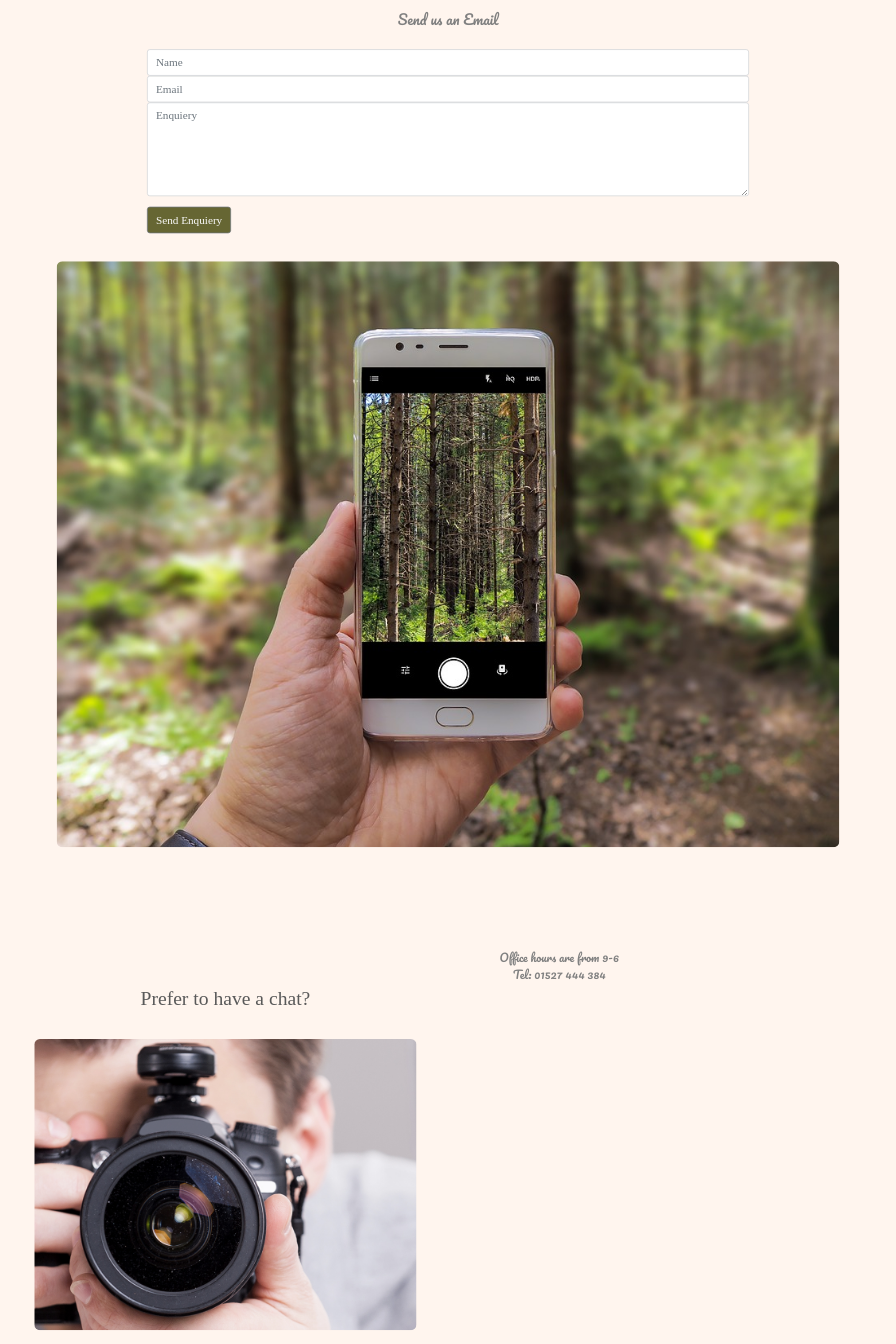
Repository: elizabeth24602/LoaderMedia
Page: contact.html
The author's editor kept a record of every edit. The page is drawn from the files as they stood at one moment, then again after the next edit.
The browser window is 1280 px wide. The pictures show the part of the page from y = 896 to 2816 px (the page is 2816 px tall before and 2582 px after), at 70% of full size.
Some web fonts or font styles are not loaded; a fallback is used.

Above is the page before.
Console error: ReferenceError: emailjs is not defined
Not found: Assests/images/

### contact.html
<!DOCTYPE html>
<html lang="en">
<head>
    <meta charset="UTF-8">
    <meta name="viewport" content="width=device-width, initial-scale=1.0">
    <meta http-equiv="X-UA-Compatible" content="ie=edge">

    <link rel="stylesheet" href="static/css/bootstrap.min.css" type="text/css" />
    <link rel="stylesheet" href="static/css/dc.min.css" type="text/css" />



    <link rel="stylesheet" href="https://stackpath.bootstrapcdn.com/bootstrap/4.3.1/css/bootstrap.min.css" type="text/css" />
    <link rel="stylesheet" href="https://stackpath.bootstrapcdn.com/font-awesome/4.7.0/css/font-awesome.min.css" type="text/css" />
    <link href="https://fonts.googleapis.com/css?family=Lacquer&display=swap" rel="stylesheet">
    <link href="https://fonts.googleapis.com/css?family=Beth+Ellen&display=swap" rel="stylesheet">
    <link rel="stylesheet" href="https://cdnjs.cloudflare.com/ajax/libs/hover.css/2.3.1/css/hover-min.css" type="text/css" />
    <link rel="stylesheet" href="Assests/images/" type="text/css" />
    <link rel="stylesheet" href="Assests/css/style.css" type="text/css" />

    <title>Loader Media</title>

     <script type="text/javascript" src="static/js/d3.min.js"></script>
    <script type="text/javascript" src="static/js/crossfilter.min.js"></script>
    <script type="text/javascript" src="static/js/dc.min.js"></script>
    <script type="text/javascript" src="static/js/queue.min.js"></script>
    <script type="text/javascript" src="static/js/graph.js"></script>

    <script type="text/javascript"
        src="https://cdn.jsdelivr.net/npm/emailjs-com@2.4.0/dist/email.min.js">
    </script>
    <script type="text/javascript">
        (function(){
      emailjs.init("user_t0zUP8ySyXRy1bOf7ZHEA");
        })();
    </script>

</head>
<body>
     <header class="container-fluid">
        <div id="social-links" class="row">
        <div class="col-sm-4">
                <ul class="list-inline social-links">
                    <li class="list-inline-item">
                        <a target="_blank" href="#">
                            <i class="fa fa-facebook" aria-hidden="true"></i>
                            <span class="sr-only">Facebook</span>
                        </a>
                    </li>
                    <li class="list-inline-item">
                        <a target="_blank" href="#">
                            <i class="fa fa-twitter" aria-hidden="true"></i>
                            <span class="sr-only">Twitter</span>
                        </a>
                    </li>
                    <li class="list-inline-item">
                        <a target="_blank" href="#">
                            <i class="fa fa-snapchat" aria-hidden="true"></i>
                            <span class="sr-only">Snapchat</span>
                        </a>
                    </li>
                    <li class="list-inline-item">
                        <a target="_blank" href="#">
                            <i class="fa fa-pinterest" aria-hidden="true"></i>
                            <span class="sr-only">Pinterest</span>
                        </a>
                    </li>
                    <li class="list-inline-item">
                        <a target="_blank" href="#">
                            <i class="fa fa-instagram" aria-hidden="true"></i>
                            <span class="sr-only">Instagram</span>
                        </a>
                    </li>
                    <li class="list-inline-item">
                        <a target="_blank" href="#">
                            <i class="fa fa-youtube" aria-hidden="true"></i>
                            <span class="sr-only">YouTube</span>
                        </a>
                    </li>
                </ul>
            </div>
        </div>
         <div class="row no-gutters">
            <div class="col">
                <ul id="nav" class="list-inline menucontainer">
                    <li class="col-4 col-sm-2 ui-menu-color-home list-inline-item menuitem">
                        <a href="index.html" class="hvr-underline-from-center"><span>Home</span></a>
                    </li>
                    <li class="col-4 col-sm-2 ui-menu-color-bio list-inline-item menuitem">
                        <a href="bio.html" class="hvr-underline-from-center"><span>Bio</span></a>
                    </li>
                     <li class="col-4 col-sm-2 ui-menu-color-photos list-inline-item menuitem">
                        <a href="photos.html" class="hvr-underline-from-center"><span>Photos</span></a>
                    </li>
                    <li class="col-4 col-sm-2 ui-menu-color-pricing list-inline-item menuitem">
                        <a href="photos.html" class="hvr-underline-from-center"><span>Pricing</span></a>
                    </li>
                    <li class="col-4 col-sm-2 ui-menu-color-gallery list-inline-item menuitem">
                        <a href="music.html" class="hvr-underline-from-center"><span>Gallery</span></a>
                    </li>
                    <li class="col-4 col-sm-2 ui-menu-color-contact list-inline-item menuitem">
                        <a href="contact.html" class="hvr-underline-from-center"><span>Contact</span></a>
                    </li>
                </ul>
            </div>
        </div>

        <div class="row no-gutters">
            <div class="col headings">
                <h3 class="name3">Contact Us</h3>
            </div>
        </div>
    </header>

    <section class="container-fluid">

        <div class="row">
            <div class="col-sm-12">
        <img class="laptop" src="Assests/images/laptop.jpg" alt="laptop">
            </div>
        </div>
        <div class="row bg-color-contact">
            <div class="col-sm-12">
                <h3 class="contact-heading uppercase">Have an enquiery?</h3>
                <h5 class="uppercase text-center">Send us an Email</h5>
            </div>
            <div class="col-sm-12 center-form">
                <form onsubmit="return sendMail(this);">
                <input type="text" name="name" class="form-control" id="fullname" placeholder="Name" required/>
                <input type="text" name="emailaddress" class="form-control" id="emailaddress" placeholder="Email" required/>
                <textarea rows="5" name="projectsummary" class="form-control" id="projectsummary" placeholder="Enquiery" required></textarea>
                <button type="submit" class="btn btn-secondary center-block">Send Enquiery</button>
                </form>
            </div>
        <div class="col-sm-12">
            <img class="phone" src="Assests/images/phone.jpg" alt="phone"></img>
        </div>
        <div class="col-sm-6">
            <h3 class="chat">Prefer to have a chat?</h3>
           </div>
           <div class="col-sm-3">
            <p class="number">Office hours are from 9-6<br>
            Tel: 01527 444 384</p>
        </div>
        <div class="col-sm-6">
            <img class="phone" src="Assests/images/Photography.jpg" alt="phone"></img>
        </div>
    </section>

    <footer class="container-fluid">
    <div id="footer-details" class="row">
        <div class="col-sm-12">
            <p class="address">Address</p>
        </div>
    </div>
        <div class="row">
            <div class="col-sm-12">
                <p class="email">......@outlook.co.uk</p>
            </div>
        </div>
        <div class="row">
            <div class="col-sm-12">
                        <ul class="list-inline social-links2 container-fluid">
                    <li class="list-inline-item">
                        <a target="_blank" href="#">
                            <i class="fa fa-facebook" aria-hidden="true"></i>
                            <span class="sr-only">Facebook</span>
                        </a>
                    </li>
                    <li class="list-inline-item">
                        <a target="_blank" href="#">
                            <i class="fa fa-twitter" aria-hidden="true"></i>
                            <span class="sr-only">Twitter</span>
                        </a>
                    </li>
                    <li class="list-inline-item">
                        <a target="_blank" href="#">
                            <i class="fa fa-snapchat" aria-hidden="true"></i>
                            <span class="sr-only">Snapchat</span>
                        </a>
                    </li>
                    <li class="list-inline-item">
                        <a target="_blank" href="#">
                            <i class="fa fa-pinterest" aria-hidden="true"></i>
                            <span class="sr-only">Pinterest</span>
                        </a>
                    </li>
                    <li class="list-inline-item">
                        <a target="_blank" href="#">
                            <i class="fa fa-instagram" aria-hidden="true"></i>
                            <span class="sr-only">Instagram</span>
                        </a>
                    </li>
                    <li class="list-inline-item">
                        <a target="_blank" href="#">
                            <i class="fa fa-youtube" aria-hidden="true"></i>
                            <span class="sr-only">YouTube</span>
                        </a>
                    </li>
                </ul>
            </div>
        </div>
    </footer>

<script src="static/js/sendEmail.js"></script>

</body>
</html>

### Assests/css/style.css
@import url('https://fonts.googleapis.com/css?family=Lacquer:100,200,300,400,500,600,700|Beth+Ellen:100,200,300,400,500,600,700|Pacifico:100,200,300,400,500,600,700');

/*-------------------------------Website Name */

.name {
    font-family: "Beth+Ellen";
     font-weight: 100;
    font-size: 80px;
    margin-top: 70px;
    text-align: center;
    color: #ffffff;
}

.name3 {
    font-family: "Beth+Ellen";
     font-weight: 60;
    font-size: 50px;
    margin-top: 70px;
    text-align: center;
    color: #595959;
}

/*-------------------------------Background */

body {
  background-color: #fff5ee;
}

/*-------------------------------Social */

.social-links {
    padding-top: 15px;
    padding-bottom: 15px;
}

.social-links li a i {
    width: 30px;
    height: 30px;
    padding: 12px 0;
    border-radius: 20%;
    font-size: 25px;
    line-height: 7px;
    text-align: center;
    color: #8ca3a3;
    background: #fff5ee;
    transition: all 0.35s ease-in-out;
    -moz-transition: all 0.35s ease-in-out;
    -webkit-transition: all 0.35s ease-in-out;
    -o-transition: all 0.35s ease-in-out;
}

/*-------------------------------menu */


.list-inline-item:not(:last-child) {
    margin: 0;
}

.menucontainer {
    font-size: 0;
    margin: auto;
    width: 60%;
    padding: 10px;
}

#nav li {
    font-size: 20px;
    font-family: 'Beth+Ellen';
    padding: 0;
}

.menuitem {
    text-align: center;
    padding: 0;
}

.body {
    text-align: center;
}

.menuitem a {
    width: 100%;
    text-decoration: none;
    color: #808080;
}

.hvr-underline-from-center:before {
    background-color: #ffffff;
    color: #d3d3d3;
}


.a:hover {
    text-decoration: none;
}

/*-------------------------------Footer */


footer {
    background-color: #666633;
    color: #ffffff;
    min-height: 120px;
    margin-bottom: 0;
    margin-left: 0;
    margin-right: 0;
    margin-top: 20px;
    position: fixed;
    left: 0;
    bottom: 0;
    width: 100%;
    text-align: center;
       position: fixed;
   left: 0;
   bottom: 0;
   width: 100%;
   text-align: center;
}
}

.address {
    color: #ffffff;
    text-align: center;
    font-family: "Beth+Ellen";
    padding-top: 20px;
    font-size: 20px;
}
.email {
    color: #ffffff;
    text-align: center;
    font-family: "Beth+Ellen";
    padding: 10px;
    font-size: 20px;
}

.social-links2 {
    padding-top: 15px;
    padding-bottom: 15px;
    text-align: center;
}

.social-links2 li a i {
    width: 30px;
    height: 30px;
    padding: 12px 0;
    border-radius: 20%;
    font-size: 25px;
    line-height: 7px;
    text-align: center;
    color: #ffffff;
    transition: all 0.35s ease-in-out;
    -moz-transition: all 0.35s ease-in-out;
    -webkit-transition: all 0.35s ease-in-out;
    -o-transition: all 0.35s ease-in-out;
}

/*-------------------------------Home */

.index {
  background-image: url("../images/nature.jpg");
  background-color: #fff5ee;
  height: 500px;
  background-position: center;
  background-repeat: no-repeat;
  background-size: cover;
  text-align: center;
}
/*-------------------------------Photos */
.purchased {
    font-family: 'pacifico';
    font-weight: 100;
    font-size: 30px;
    margin-top: 50px;
    text-align: center;
    color: #808080;
}

.gender {
    color: #808080;
    font-family: "Beth+Ellen";
}

.dc-chart rect.bar {
fill: #666633;
}

.gender-balance {
    color: #808080;
}

.info {
    font-family: "pacifico";
    color: #808080;
    text-align: center;
}

.info2 {
    font-family: "pacifico";
    color: #808080;
    text-align: center;
}

.info3 {
    font-family: "pacifico";
    color: #808080;
    text-align: center;
}

.shade {
    color: #ffffff;
    font-family: "Beth+Ellen";
}

/*-------------------------------Gallery */

.row {
  display: flex;
  flex-wrap: wrap;
  padding: 0 4px;
}

/* Create two equal columns that sits next to each other */
.column {
  flex: 50%;
  padding: 0 4px;
}

.column img {
  margin-top: 8px;
  vertical-align: middle;
}

/*-------------------------------contact */

.contact-heading {
    font-family: "Beth+Ellen";
    text-align: center;
    font-weight: 100;
    margin-top: 25px;
    margin-bottom: 20px;
    color: #808080;
}

.text-center {
    font-family: "pacifico";
    text-align: center;
    font-weight: 100;
    margin-top: 25px;
    margin-bottom: 20px;
    color: #808080;
}


.center-form {
    padding-top: 10px;
    margin: 0 auto;
    max-width: 70%;
    font-family: "Beth+Ellen";
}

button[type="submit"] {
    margin-top: 15px;
    margin-bottom: 20px;
    background-color: #666633;
    color: #fafafa;
    font-family: "Beth+Ellen";
}

.chat {
   font-family: "Beth+Ellen";
    font-weight: 100;
    margin-top: 180px;
    margin-bottom: 20px;
    text-align: center;
    color: #595959;
}

.number {
     font-family: "pacifico";
    font-weight: 100;
    margin-top: 125px;
    margin-bottom: 20px;
    text-align: center;
    color: #808080;
}

.laptop {
    display: block;
  margin-left: auto;
  margin-right: auto;
  margin-top: 20px;
  width: 90%;
}

.phone {
  display: block;
  margin-left: auto;
  margin-right: auto;
  margin-top: 20px;
  margin-bottom: 20px;
  width: 90%;
  border-radius: 8px;
}

### static/js/graph.js
queue()
    .defer(d3.csv, "data/Salaries.csv")
    .await(makeGraphs);

function makeGraphs(error, salaryData) {
    var ndx = crossfilter(salaryData);

    salaryData.forEach(function(d){
        d.salary = parseInt(d.salary);
    })

    show_discipline_selector(ndx);
    show_gender_balance(ndx);
    show_average_salary(ndx);
    show_rank_distribution(ndx);

    dc.renderAll();
}

function show_discipline_selector(ndx) {
    var dim = ndx.dimension(dc.pluck('discipline'));
    var group = dim.group();

    dc.selectMenu("#discipline-selector")
        .dimension(dim)
        .group(group);
}


function show_gender_balance(ndx) {
    var dim = ndx.dimension(dc.pluck('sex'));
    var group = dim.group();

    dc.barChart("#gender-balance")
        .width(400)
        .height(300)
        .margins({top: 10, right: 50, bottom: 30, left: 50})
        .dimension(dim)
        .group(group)
        .transitionDuration(500)
        .x(d3.scale.ordinal())
        .xUnits(dc.units.ordinal)
        .xAxisLabel("Gender")
        .yAxis().ticks(20);
}


function show_average_salary(ndx) {
    var dim = ndx.dimension(dc.pluck('sex'));

    function add_item(p, v) {
        p.count++;
        p.total += v.salary;
        p.average = p.total / p.count;
        return p;
    }

    function remove_item(p, v) {
        p.count--;
        if(p.count == 0) {
            p.total = 0;
            p.average = 0;
        } else {
            p.total -= v.salary;
            p.average = p.total / p.count;
        }
        return p;
    }

    function initialise() {
        return {count: 0, total: 0, average: 0};
    }

    var averageSalaryByGender = dim.group().reduce(add_item, remove_item, initialise);

    dc.barChart("#average-salary")
        .width(400)
        .height(300)
        .margins({top: 10, right: 50, bottom: 30, left: 50})
        .dimension(dim)
        .group(averageSalaryByGender)
        .valueAccessor(function(d){
            return d.value.average.toFixed(2);
        })
        .transitionDuration(500)
        .x(d3.scale.ordinal())
        .xUnits(dc.units.ordinal)
        .elasticY(true)
        .xAxisLabel("Shade")
        .yAxis().ticks(10);
}


function show_rank_distribution(ndx) {

    function rankByGender(dimension, rank) {
        return dimension.group().reduce(
            function (p, v) {
                p.total++;
                if(v.rank == rank) {
                    p.match++;
                }
                return p;
            },
            function (p, v) {
                p.total--;
                if(v.rank == rank) {
                    p.match--;
                }
                return p;
            },
            function () {
                return {total: 0, match: 0};
            }
        );
    }

    var dim = ndx.dimension(dc.pluck("sex"));
    var profByGender = rankByGender(dim, "Motor Vehicles");
    var asstProfByGender = rankByGender(dim, "Animals");
    var assocProfByGender = rankByGender(dim, "Landscapes");

    dc.barChart("#rank-distribution")
        .width(400)
        .height(300)
        .dimension(dim)
        .group(profByGender, "Motors")
        .stack(asstProfByGender, "Animals")
        .stack(assocProfByGender, "Landscapes")
        .valueAccessor(function(d) {
            if(d.value.total > 0) {
                return (d.value.match / d.value.total) * 100;
            } else {
                return 0;
            }
        })
        .x(d3.scale.ordinal())
        .xUnits(dc.units.ordinal)
        .legend(dc.legend().x(320).y(20).itemHeight(15).gap(5))
        .margins({top: 10, right: 100, bottom: 30, left: 30});
}

### static/js/sendEmail.js
function sendMail(contactForm) {
    emailjs.send("outlook", "loader-media", {
        "from_name": contactForm.name.value,
        "from_email": contactForm.emailaddress.value,
        "pricing": contactForm.projectsummary.value
    })
    .then(
        function(response) {
            console.log("SUCCESS", response);
        },
        function(error) {
            console.log("FAILED", error);
        }
    );
    return false;  // To block from loading a new page
}

Loaded but not shown: static/css/bootstrap.min.css (library); static/css/dc.min.css (library); static/js/d3.min.js (library); static/js/crossfilter.min.js (library); static/js/dc.min.js (library); static/js/queue.min.js (common file)

After the next edit:
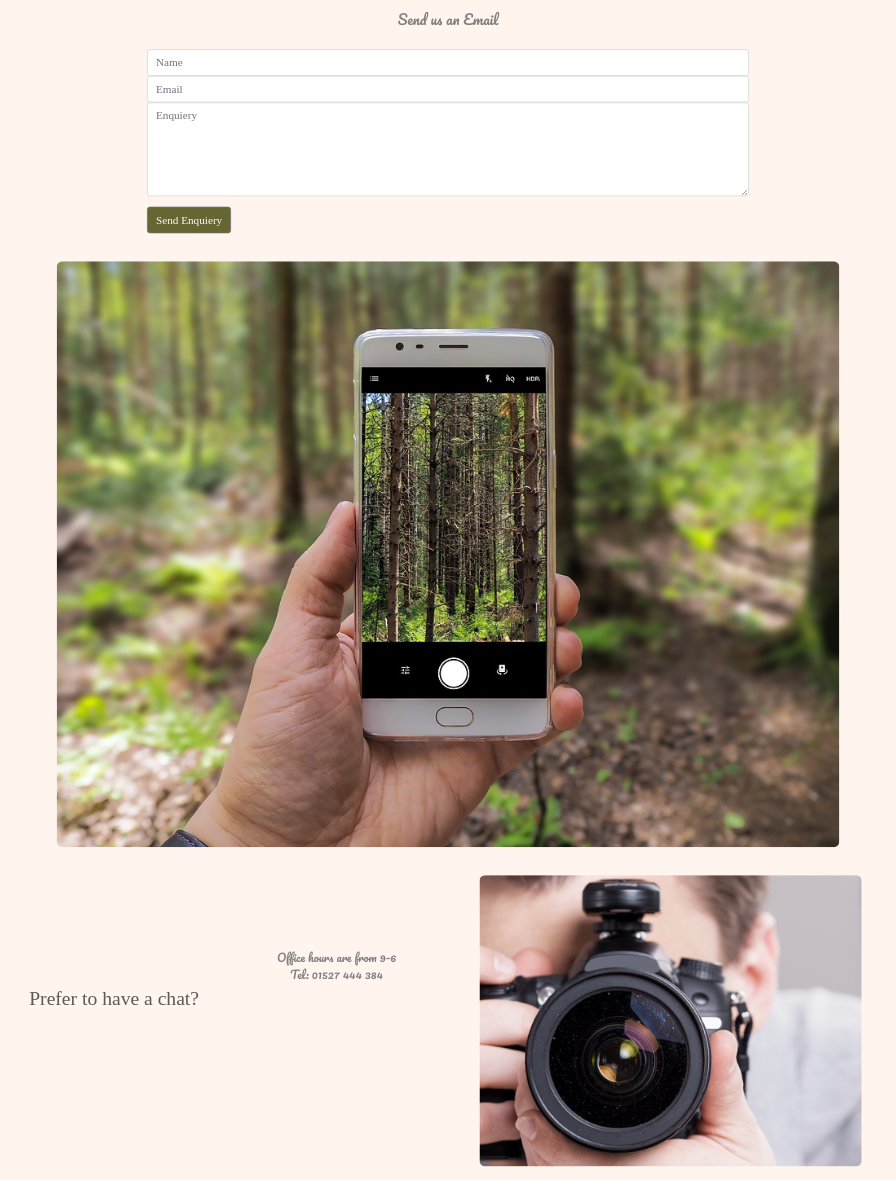
The edit:
--- a/contact.html
+++ b/contact.html
@@ -135,7 +135,7 @@
         <div class="col-sm-12">
             <img class="phone" src="Assests/images/phone.jpg" alt="phone"></img>
         </div>
-        <div class="col-sm-6">
+        <div class="col-sm-3">
             <h3 class="chat">Prefer to have a chat?</h3>
            </div>
            <div class="col-sm-3">
